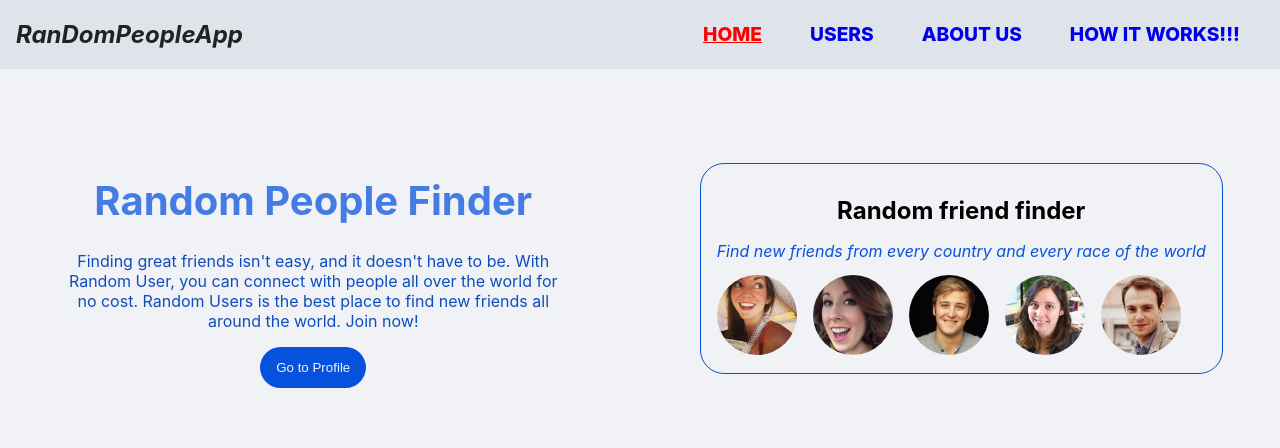
Repository: MikkyPrestige/RandomProfiles
Page: /
The author's editor kept a copy of each file at every save. The page is drawn from the files as they stood at one save, then again after a run of saves.
The browser window is 1280 px wide. The pictures show the whole page.
The project was rebuilt for these pictures with package versions that can differ from the ones it lists, and the page was loaded fresh each time. Also part of the build but not shown: src/components/users.jsx, src/assets/styles/search.css, src/components/search.jsx, src/assets/styles/help.css, src/components/help.jsx, src/assets/styles/about.css, src/components/about.jsx, src/assets/styles/error.css and 5 more.

Above is the page before, as saved 2022-11-30 02:50:48.

### public/index.html
<!DOCTYPE html>
<html lang="en">

<head>
  <meta charset="utf-8" />
  <link rel="icon" href="%PUBLIC_URL%/favicon.ico" />
  <meta name="viewport" content="width=device-width, initial-scale=1" />
  <meta name="theme-color" content="#000000" />
  <meta name="description" content="Web site created using create-react-app" />
  <link rel="apple-touch-icon" href="%PUBLIC_URL%/logo192.png" />
  <!--
      manifest.json provides metadata used when your web app is installed on a
      user's mobile device or desktop. See https://developers.google.com/web/fundamentals/web-app-manifest/
    -->
  <link rel="manifest" href="%PUBLIC_URL%/manifest.json" />
  <!--
      Notice the use of %PUBLIC_URL% in the tags above.
      It will be replaced with the URL of the `public` folder during the build.
      Only files inside the `public` folder can be referenced from the HTML.

      Unlike "/favicon.ico" or "favicon.ico", "%PUBLIC_URL%/favicon.ico" will
      work correctly both with client-side routing and a non-root public URL.
      Learn how to configure a non-root public URL by running `npm run build`.
    -->
  <title>AltSchool Assignment 2</title>
</head>

<body>
  <noscript>You need to enable JavaScript to run this app.</noscript>
  <div id="root"></div>
  <!--
      This HTML file is a template.
      If you open it directly in the browser, you will see an empty page.

      You can add webfonts, meta tags, or analytics to this file.
      The build step will place the bundled scripts into the <body> tag.

      To begin the development, run `npm start` or `yarn start`.
      To create a production bundle, use `npm run build` or `yarn build`.
    -->
</body>

</html>

### src/index.css
body {
  margin: 0;
  font-family: -apple-system, BlinkMacSystemFont, 'Segoe UI', 'Roboto', 'Oxygen',
    'Ubuntu', 'Cantarell', 'Fira Sans', 'Droid Sans', 'Helvetica Neue',
    sans-serif;
  -webkit-font-smoothing: antialiased;
  -moz-osx-font-smoothing: grayscale;
  background-color: #f1f2f6;
}

code {
  font-family: source-code-pro, Menlo, Monaco, Consolas, 'Courier New',
    monospace;
}

### src/App.jsx
import * as React from "react";
import { ErrorBoundary } from "react-error-boundary";
import { Route, Routes } from "react-router-dom";
import {
  Layout,
  Home,
  Users,
  Search,
  Help,
  About,
  Error,
  ErrorFallBack,
  Profile,
  // Footer,
} from "./components";

const App = () => {
  return (
    <div className="App">
      <main>
        <ErrorBoundary FallbackComponent={ErrorFallBack}>
          <Layout />
          <Routes>
            <Route path="/" element={<Home />} />
            <Route path="users">
              <Route index element={<Users />} />
              <Route path=":id" element={<Search />} />
            </Route>
            <Route path="profile" element={<Profile />} />
            <Route path="help" element={<Help />} />
            <Route path="about" element={<About />} />
            <Route path="*" element={<Error />} />
          </Routes>
        </ErrorBoundary>
        {/* <Footer /> */}
      </main>
    </div>
  );
};

export default App;

### src/components/index.js
export { default as Layout } from "./layout";
export { default as Home } from "./home";
export { default as Users } from "./users";
export { default as Search } from "./search";
export { default as Help } from "./help";
export { default as About } from "./about";
export { default as Error } from "./error";
export { default as ErrorFallBack } from "./errorFallback";
export { default as Profile } from "./profile";
export { Footer } from "./avatar";

### src/components/layout.jsx
// LAYOUT COMPONENT - This component is for the App Layout that displays the Navigation bar in the app UI to the user when app is open

import { NavLink } from "react-router-dom";
import "../assets/styles/layout.css";

const CustomNavLink = ({ to, ...props }) => {
  let activeStyle = {
    textDecoration: 'underline',
    color: 'red',
  };

  return (
    <NavLink
      style={({ isActive }) =>
        isActive ? activeStyle : { textDecoration: 'none' }
      }
      to={to}
      end
      {...props}
    />
  );
};


const Layout = () => {

  return (
    <nav className="layout">
      <div className="app-header">
        <h1>RanDomPeopleApp</h1>
      </div>
      <div className="nav__items">
        <CustomNavLink to="/" className="nav__item">Home</CustomNavLink>
        <CustomNavLink to="users" className="nav__item">Users</CustomNavLink>
        <CustomNavLink to="about" className="nav__item">About us</CustomNavLink>
        <CustomNavLink to="help" className="nav__item">How it works!!!</CustomNavLink>
      </div>
    </nav>
  );
}

export default Layout;

### src/components/home.jsx
// HOME COMPONENT - This component is the Home section of the app that displays app Home page on load and when the 'HOME' button in the header is clicked

import { useNavigate } from "react-router-dom";
import "../assets/styles/home.css";
import { Avatar } from "./avatar";
import FirstFemale from "../assets/img/female-1.jpg";
import SecondFemale from "../assets/img/female-2.jpg";
import ThirdFemale from "../assets/img/female-3.jpg";
import FirstMale from "../assets/img/male-1.jpg";
import SecondMale from "../assets/img/male-2.jpg";

const Home = () => {
  const navigate = useNavigate();
  const getStarted = () => {
    navigate("/profile"); // Redirect the user to the users component when the get started button is clicked
  };

  return (
    <div className="home">
      <div className="home__container">
        <div className="desc">
          <h1 className="desc__heading">Random people finder</h1>
          <p className="desc__paragraph">
            Finding great friends isn't easy, and it doesn't have to be. With
            Random User, you can connect with people all over the world for no
            cost. Random Users is the best place to find new friends all around
            the world. Join now!
          </p>
          <button onClick={getStarted} className="desc__cta">
            Go to Profile
          </button>
        </div>
        <div className="home__wrapper">
          <h2 className="home__heading">Random friend finder</h2>
          <p className="home__text">
            Find new friends from every country and every race of the world
          </p>
          <div className="home__img">
            <Avatar image={FirstFemale} alt="Female One" />
            <Avatar image={SecondFemale} alt="Female Two" />
            <Avatar image={FirstMale} alt="Male One" />
            <Avatar image={ThirdFemale} alt="Female Three" />
            <Avatar image={SecondMale} alt="Male Two" />
          </div>
        </div>
      </div>
    </div>
  );
};

export default Home;

### src/components/avatar.jsx
// AVATAR COMPONENT - This component is for the Images used in the app.

import "../assets/styles/layout.css";

export const Avatar = ({ image = "", alt = "", style = { width: '5rem', height: '5rem', borderRadius: '50%' } }) => {
  return (
    <div className="avatar">
      <img src={image} alt={alt} style={style} />
    </div>
  );
}


// FOOTER COMPONENT - for the attribution

export const Footer = () => {
  return (
    <div className="attribution">
      <footer>&copy;<a href="https://github.com/MeekyBerry" target="_blank" rel="noreferrer" className="footer">meeky/2022</a></footer>
    </div>
  )
}

### src/assets/styles/layout.css
.layout {
  background-color: #dfe4ea;
  padding: 0rem 1rem;
  color: #222;
  display: flex;
  align-items: center;
  justify-content: space-between;
}

.app-header {
  font-style: italic;
}

.nav__items {
  display: flex;
  align-items: center;
  list-style: none;
  flex-wrap: wrap;
}

.nav__item {
  font-size: 1.2rem;
  font-weight: 800;
  padding: 1rem 1.5rem;
  text-transform: uppercase;
}

.attribution {
  text-align: center;
}

.footer {
  color: #222;
  text-decoration: none;
  cursor: pointer;
  font-style: italic;
  font-weight: 600;
}

### src/assets/styles/home.css
.home {
  height: 60vh;
  width: 100%;
  margin-top: 5rem;
  text-align: center;
}

.home__container {
  display: flex;
  justify-content: space-around;
  align-items: center;
  gap: 1rem;
}

.desc {
  width: 40%;
}

.desc__heading {
  font-size: 2.5rem;
  color: #0651ddbb;
  text-transform: capitalize;
}

.desc__paragraph {
  font-size: 1rem;
  color: #0f4cbe;
}

.desc__cta {
  background-color: #0652dd;
  color: #f1f2f6;
  padding: 0.8rem 1rem;
  border: none;
  border-radius: 1.5rem;
}

.desc__cta:hover {
  background-color: #0f4cbe;
}

.home__wrapper {
  border: 1px solid #0652dd;
  border-radius: 1.5rem;
  line-height: 1;
  padding: 1rem;
  height: min-content;
}

.home__text {
  font-style: italic;
  color: #0652dd;
}

.home__img {
  display: flex;
  align-items: center;
  gap: 1rem;
}

### src/assets/styles/users.css
.users {
  background-color: #fff;
  border: 1px solid #ccc;
  border-radius: 0.5rem;
  padding: 1rem;
  margin: 1rem;
}

.users__heading {
  text-align: center;
  text-transform: uppercase;
  font-size: 1.5rem;
  font-weight: bold;
  margin-bottom: 1rem;
}

/* TOP BUTTON  */
.top__btn {
  display: flex;
  justify-content: space-between;
  align-items: center;
  margin-bottom: 1rem;
}

.cta {
  background-color: #fff;
  border: 1px solid #ccc;
  border-radius: 1rem;
  padding: 0.5rem;
  margin: 1rem;
  font-size: 1rem;
  font-weight: bold;
  cursor: pointer;
}

.page__num {
  background-color: #7fffd4;
  color: #fff;
  border: none;
  border-radius: 50%;
  padding: 0.5rem;
  font-size: 1.5rem;
  font-weight: bold;
  cursor: pointer;
}

.users__list {
  list-style: none;
  padding: 2rem;
  margin: 1rem auto;
  width: 85%;
  display: grid;
  grid-template-columns: repeat(3, minmax(200px, 1fr));
  grid-gap: 3rem;
}

.user__items {
  padding: 1rem;
  border-bottom: 1px solid #ccc;
}

.user__item {
  background-color: #fff;
  border: 1px solid #ccc;
  border-radius: 0.5rem;
  padding: 1rem;
}

.user__img {
  width: 80%;
  border-radius: 10%;
  margin-left: 1rem;
}

/* BUTTON BELOW */
.bottom__btn {
  display: flex;
  justify-content: center;
  align-items: center;
}

.btn {
  background-color: #1e90ff;
  color: #f1f2f6;
  border: none;
  border-radius: 1rem;
  padding: 0.5rem 1rem;
  margin: 1rem;
  font-size: 1rem;
  font-weight: bold;
  cursor: pointer;
}

.active:hover {
  background-color: #ced6e0;
  color: #1e90ff;
}

.active:active {
  background-color: #70a1ff;
  color: #ced6e0;
}

.btn__array {
  padding: 0.5rem;
  margin: 0.5rem;
  font-size: 1rem;
  font-weight: bold;
  border-radius: 0.5rem;
  border: none;
  cursor: pointer;
}

.pagination {
  text-align: center;
}

.search__box {
  display: flex;
  justify-content: center;
  align-items: center;
}

.search__link {
  background-color: #fff;
  border: 1px solid #ccc;
  color: #1e90ff;
  border-radius: 1rem;
  width: 18rem;
  padding: 0.5rem;
  margin: 1rem;
  font-size: 1rem;
  font-weight: bold;
  cursor: pointer;
  text-align: center;
  text-decoration: none;
  animation: search 1s ease-in-out infinite;
}

.search__link:hover {
  background-color: #1e90ff;
  color: #fff;
  animation: none;
}

.search__link:active {
  background-color: #70a1ff;
  color: #fff;
  animation: none;
}

@keyframes search {
  0% {
    transform: scale(1);
  }
  50% {
    transform: scale(1.2);
  }
  100% {
    transform: scale(1);
  }
}

Loaded but not shown: src/index.js (common file)

After the next 2 saves:
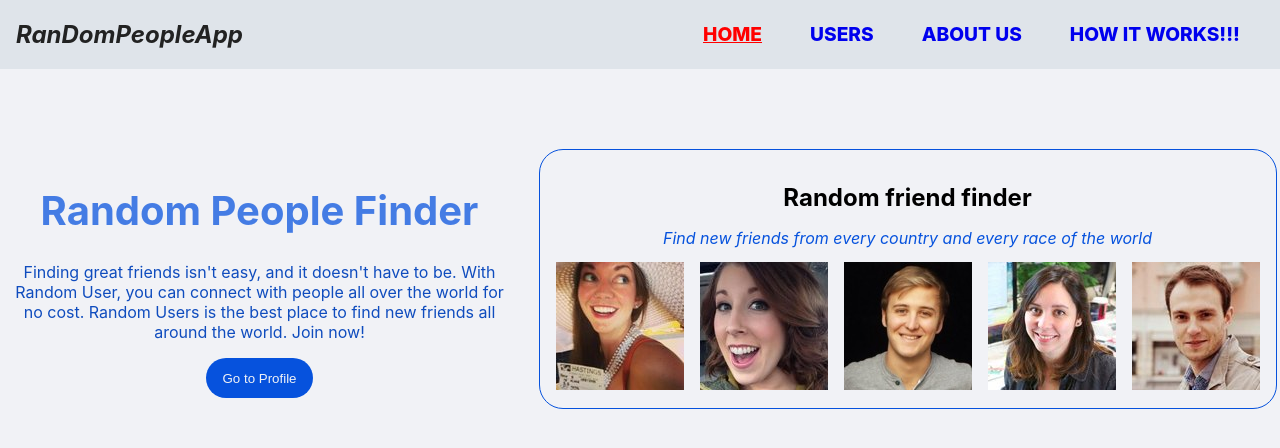
The 2 saves are shown as one change because 1 did not build or start.
The last was saved 115 s later.
--- a/src/components/avatar.jsx
+++ b/src/components/avatar.jsx
@@ -2,7 +2,7 @@
 
 import "../assets/styles/layout.css";
 
-export const Avatar = ({ image = "", alt = "", style = { width: '5rem', height: '5rem', borderRadius: '50%' } }) => {
+export const Avatar = ({ image = "", alt = "", style = {}}) => {
   return (
     <div className="avatar">
       <img src={image} alt={alt} style={style} />

After the save that followed:
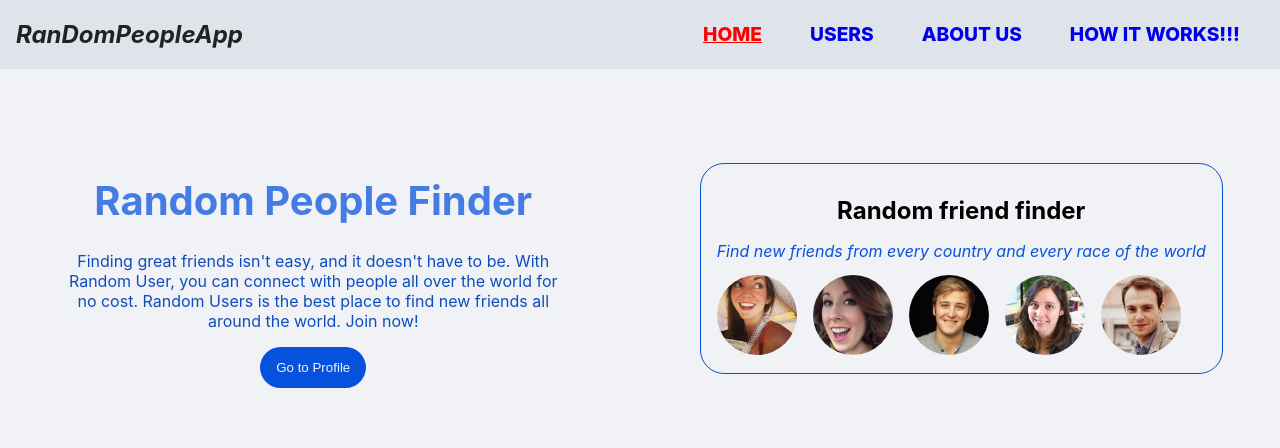
Saved 2 min 2 s later.
--- a/src/components/home.jsx
+++ b/src/components/home.jsx
@@ -36,11 +36,11 @@ const Home = () => {
             Find new friends from every country and every race of the world
           </p>
           <div className="home__img">
-            <Avatar image={FirstFemale} alt="Female One" />
-            <Avatar image={SecondFemale} alt="Female Two" />
-            <Avatar image={FirstMale} alt="Male One" />
-            <Avatar image={ThirdFemale} alt="Female Three" />
-            <Avatar image={SecondMale} alt="Male Two" />
+            <Avatar image={FirstFemale} alt="Female One" style={{ width: '5rem', height: '5rem', borderRadius: '50%' }}/>
+            <Avatar image={SecondFemale} alt="Female Two" style={{ width: '5rem', height: '5rem', borderRadius: '50%' }}/>
+            <Avatar image={FirstMale} alt="Male One" style={{ width: '5rem', height: '5rem', borderRadius: '50%' }}/>
+            <Avatar image={ThirdFemale} alt="Female Three" style={{ width: '5rem', height: '5rem', borderRadius: '50%' }}/>
+            <Avatar image={SecondMale} alt="Male Two" style={{ width: '5rem', height: '5rem', borderRadius: '50%' }}/>
           </div>
         </div>
       </div>
